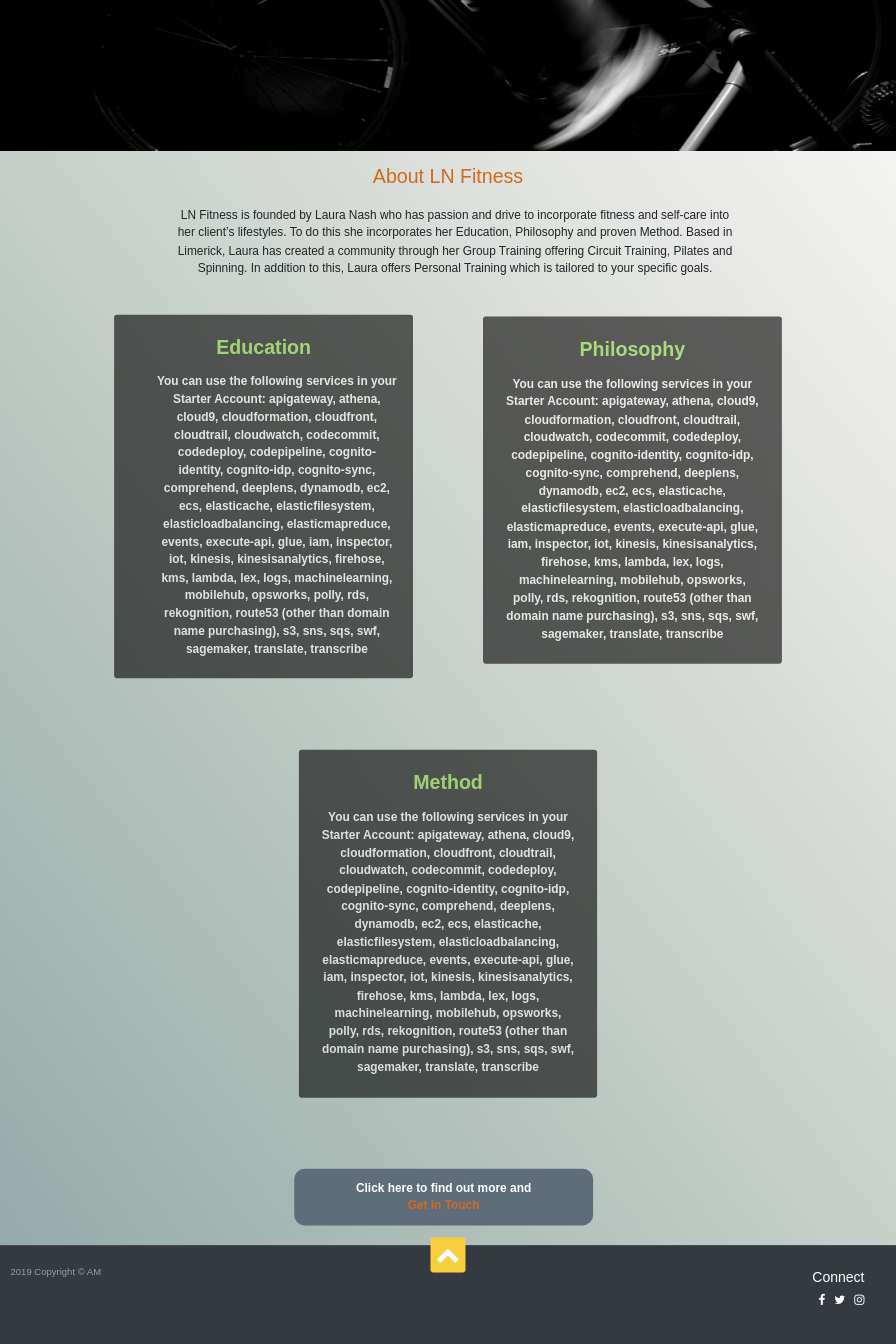
Repository: murphya14/Fitness-webpage
Page: about.html
The author's editor kept a record of every edit. The page is drawn from the files as they stood at one moment, then again after the next edit.
The browser window is 1280 px wide. The pictures show the part of the page from y = 664 to 2584 px (the page is 2584 px tall before and 2562 px after), at 70% of full size.
Some web libraries are served in a nearby version.

Above is the page before.

After the next edit:
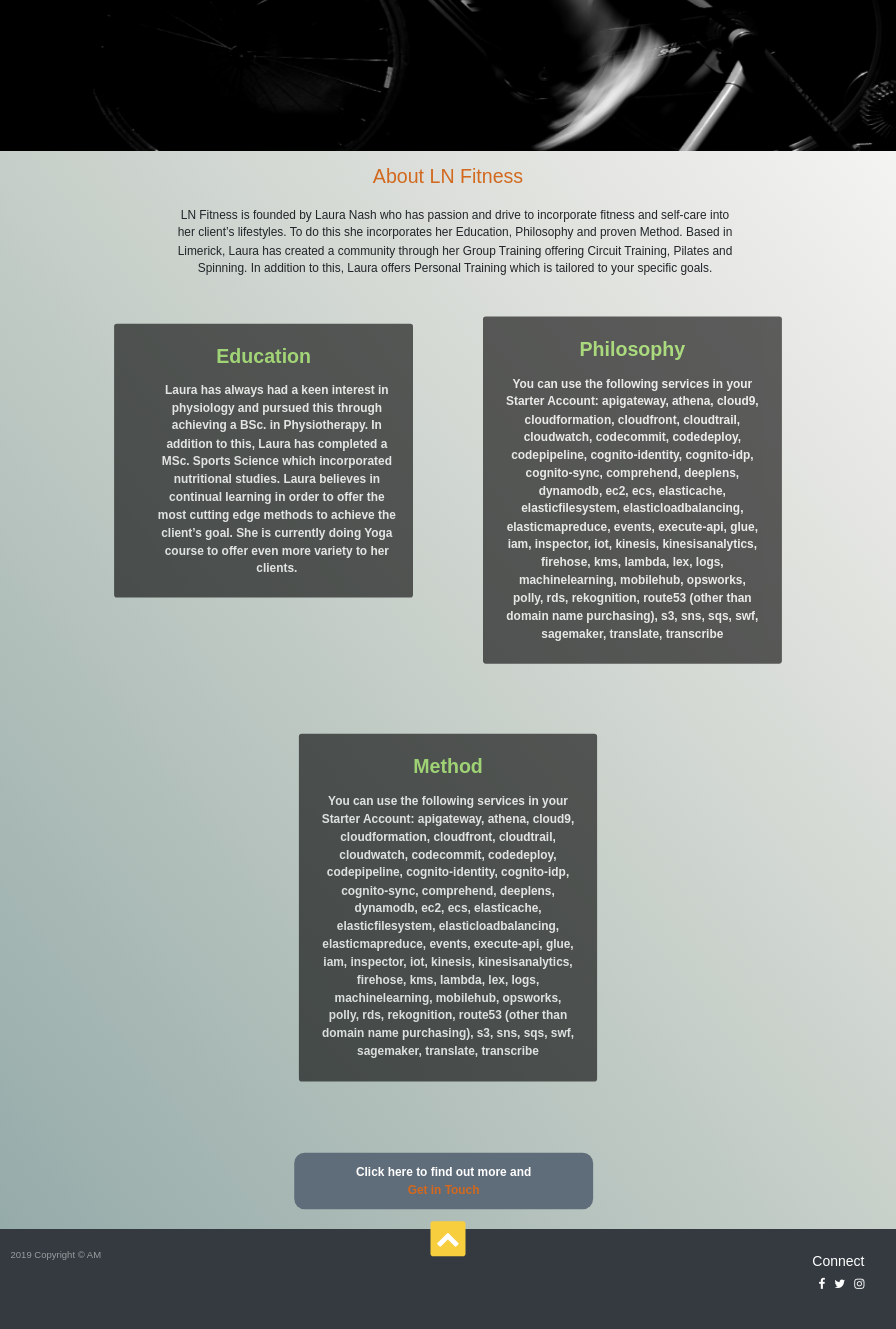
The edit:
--- a/about.html
+++ b/about.html
@@ -137,9 +137,8 @@
       <div class="transbox  col-md-4 col-sm-12">
         <h3 class="box-heading"> Education</h3>
         <div class="container">
-        <p class="col-md-12 col-sm-12">You can use the following services in your Starter Account: apigateway, athena, cloud9, cloudformation, cloudfront, cloudtrail, cloudwatch, codecommit, codedeploy, codepipeline, cognito-identity, cognito-idp, cognito-sync, comprehend, deeplens,
-          dynamodb, ec2, ecs, elasticache, elasticfilesystem, elasticloadbalancing, elasticmapreduce, events, execute-api, glue, iam, inspector, iot, kinesis, kinesisanalytics, firehose, kms, lambda, lex, logs, machinelearning, mobilehub, opsworks, polly,
-          rds, rekognition, route53 (other than domain name purchasing), s3, sns, sqs, swf, sagemaker, translate, transcribe</p>
+        <p class="col-md-12 col-sm-12">Laura has always had a keen interest in physiology and pursued this through achieving a BSc. in Physiotherapy. In addition to this, Laura has completed a MSc. Sports Science which incorporated nutritional studies. Laura believes in continual learning in order to offer the most cutting edge methods to achieve the client’s goal. She is currently doing  Yoga course to offer even more variety to her clients.
+        </p>
       </div>
       </div>
 
